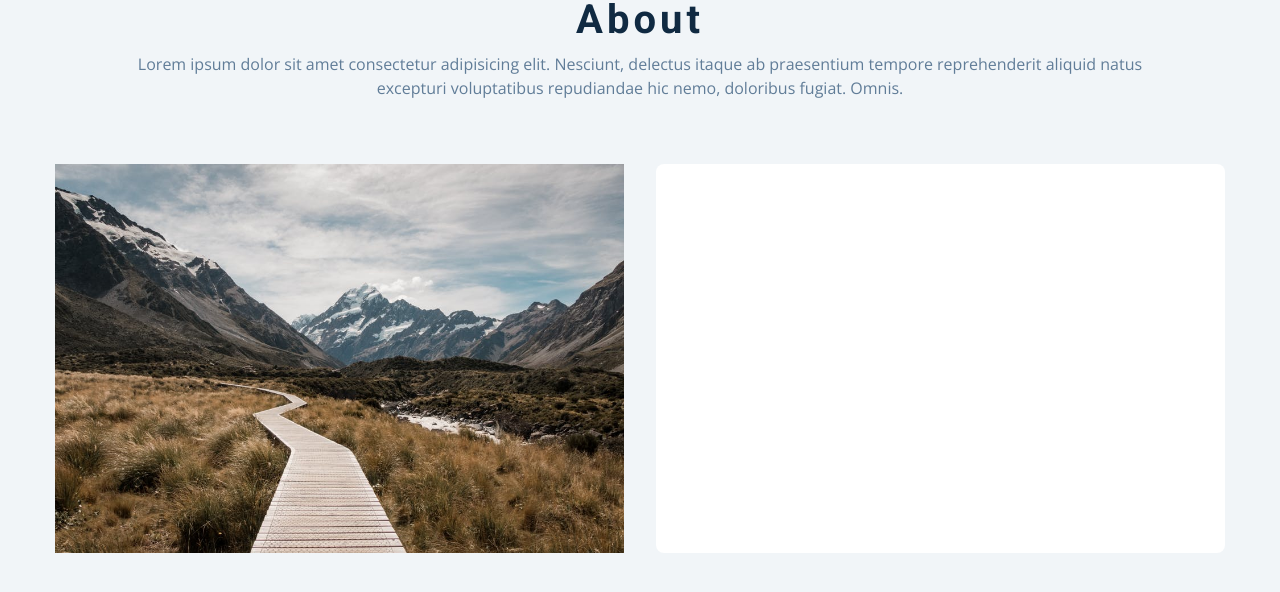
Repository: Kamrangujjar85112/Javascript-Vanilla-Projects
Page: setup/11-tabs/setup/index.html
These files come from the project's save history. The page is drawn as it stood at one moment and after the next save; the edit follows.
The browser window is 1280 px wide. The pictures show the whole page.

Above is the page before, as saved 2022-02-03 13:26:59.

### setup/11-tabs/setup/index.html
<!DOCTYPE html>
<html lang="en">
  <head>
    <meta charset="UTF-8" />
    <meta name="viewport" content="width=device-width, initial-scale=1.0" />
    <title>Tabs</title>

    <!-- styles -->
    <link rel="stylesheet" href="styles.css" />
  </head>
  <body>
    <section>
      <div class="title">
        <h2>about</h2>
        <p>Lorem ipsum dolor sit amet consectetur adipisicing elit. Nesciunt, delectus itaque ab praesentium tempore reprehenderit aliquid natus excepturi voluptatibus repudiandae hic nemo, doloribus fugiat. Omnis.</p>
      </div>
      <div class="about-center section-center">
        <article>
          <img src="./hero-bcg.jpeg" alt="about picture">
        </article>
      <article class="about">

      </article>
      </div>
    </section>
    <!-- javascript -->
    <script src="app.js"></script>
  </body>
</html>

### setup/11-tabs/setup/styles.css
/*
===============
Fonts
===============
*/
@import url("https://fonts.googleapis.com/css?family=Open+Sans|Roboto:400,700&display=swap");

/*
===============
Variables
===============
*/

:root {
  /* dark shades of primary color*/
  --clr-primary-1: hsl(205, 86%, 17%);
  --clr-primary-2: hsl(205, 77%, 27%);
  --clr-primary-3: hsl(205, 72%, 37%);
  --clr-primary-4: hsl(205, 63%, 48%);
  /* primary/main color */
  --clr-primary-5: #49a6e9;
  /* lighter shades of primary color */
  --clr-primary-6: hsl(205, 89%, 70%);
  --clr-primary-7: hsl(205, 90%, 76%);
  --clr-primary-8: hsl(205, 86%, 81%);
  --clr-primary-9: hsl(205, 90%, 88%);
  --clr-primary-10: hsl(205, 100%, 96%);
  /* darkest grey - used for headings */
  --clr-grey-1: hsl(209, 61%, 16%);
  --clr-grey-2: hsl(211, 39%, 23%);
  --clr-grey-3: hsl(209, 34%, 30%);
  --clr-grey-4: hsl(209, 28%, 39%);
  /* grey used for paragraphs */
  --clr-grey-5: hsl(210, 22%, 49%);
  --clr-grey-6: hsl(209, 23%, 60%);
  --clr-grey-7: hsl(211, 27%, 70%);
  --clr-grey-8: hsl(210, 31%, 80%);
  --clr-grey-9: hsl(212, 33%, 89%);
  --clr-grey-10: hsl(210, 36%, 96%);
  --clr-white: #fff;
  --clr-red-dark: hsl(360, 67%, 44%);
  --clr-red-light: hsl(360, 71%, 66%);
  --clr-green-dark: hsl(125, 67%, 44%);
  --clr-green-light: hsl(125, 71%, 66%);
  --clr-black: #222;
  --ff-primary: "Roboto", sans-serif;
  --ff-secondary: "Open Sans", sans-serif;
  --transition: all 0.3s linear;
  --spacing: 0.25rem;
  --radius: 0.5rem;
  --light-shadow: 0 5px 15px rgba(0, 0, 0, 0.1);
  --dark-shadow: 0 5px 15px rgba(0, 0, 0, 0.2);
  --max-width: 1170px;
  --fixed-width: 620px;
}
/*
===============
Global Styles
===============
*/

*,
::after,
::before {
  margin: 0;
  padding: 0;
  box-sizing: border-box;
}
body {
  font-family: var(--ff-secondary);
  background: var(--clr-grey-10);
  color: var(--clr-grey-1);
  line-height: 1.5;
  font-size: 0.875rem;
}
ul {
  list-style-type: none;
}
a {
  text-decoration: none;
}
img:not(.logo) {
  width: 100%;
}
img {
  display: block;
}

h1,
h2,
h3,
h4 {
  letter-spacing: var(--spacing);
  text-transform: capitalize;
  line-height: 1.25;
  margin-bottom: 0.75rem;
  font-family: var(--ff-primary);
}
h1 {
  font-size: 3rem;
}
h2 {
  font-size: 2rem;
}
h3 {
  font-size: 1.25rem;
}
h4 {
  font-size: 0.875rem;
}
p {
  margin-bottom: 1.25rem;
  color: var(--clr-grey-5);
}
@media screen and (min-width: 800px) {
  h1 {
    font-size: 4rem;
  }
  h2 {
    font-size: 2.5rem;
  }
  h3 {
    font-size: 1.75rem;
  }
  h4 {
    font-size: 1rem;
  }
  body {
    font-size: 1rem;
  }
  h1,
  h2,
  h3,
  h4 {
    line-height: 1;
  }
}
/*  global classes */

.btn {
  text-transform: uppercase;
  background: transparent;
  color: var(--clr-black);
  padding: 0.375rem 0.75rem;
  letter-spacing: var(--spacing);
  display: inline-block;
  transition: var(--transition);
  font-size: 0.875rem;
  border: 2px solid var(--clr-black);
  cursor: pointer;
  box-shadow: 0 1px 3px rgba(0, 0, 0, 0.2);
  border-radius: var(--radius);
}
.btn:hover {
  color: var(--clr-white);
  background: var(--clr-black);
}
/* section */
.section {
  padding: 5rem 0;
}

.section-center {
  width: 90vw;
  margin: 0 auto;
  max-width: 1170px;
}
@media screen and (min-width: 992px) {
  .section-center {
    width: 95vw;
  }
}
main {
  min-height: 100vh;
  display: grid;
  place-items: center;
}
/*
===============
About
===============
*/
.title {
  text-align: center;
  margin-bottom: 4rem;
}
.title p {
  width: 80%;
  margin: 0 auto;
}

.about-img {
  margin-bottom: 2rem;
}
.about-img img {
  border-radius: var(--radius);
  object-fit: cover;
  height: 20rem;
}
@media screen and (min-width: 992px) {
  .about-img {
    margin-bottom: 0;
  }

  .about-center {
    display: grid;
    grid-template-columns: 1fr 1fr;
    column-gap: 2rem;
  }
}
.about {
  background: var(--clr-white);
  border-radius: var(--radius);
  display: grid;
  grid-template-rows: auto 1fr;
}
.btn-container {
  border-top-left-radius: var(--radius);
  border-top-right-radius: var(--radius);
  display: grid;
  grid-template-columns: 1fr 1fr 1fr;
}
.tab-btn:nth-child(1) {
  border-top-left-radius: var(--radius);
}
.tab-btn:nth-child(3) {
  border-top-right-radius: var(--radius);
}
.tab-btn {
  padding: 1rem 0;
  border: none;
  text-transform: capitalize;
  font-size: 1rem;
  display: block;
  background: var(--clr-grey-9);
  cursor: pointer;
  transition: var(--transition);
  letter-spacing: var(--spacing);
}
.tab-btn:hover:not(.active) {
  background: var(--clr-primary-10);
  color: var(--clr-primary-5);
}
.about-content {
  border-bottom-left-radius: var(--radius);
  border-bottom-right-radius: var(--radius);
  padding: 2rem 1.5rem;
}
/* hide content */
.content {
  display: none;
}
.tab-btn.active {
  background: var(--clr-white);
}
.content.active {
  display: block;
}

Loaded but not shown: setup/11-tabs/setup/app.js (no copy from this time; the picture is the same without it)

After the next save:
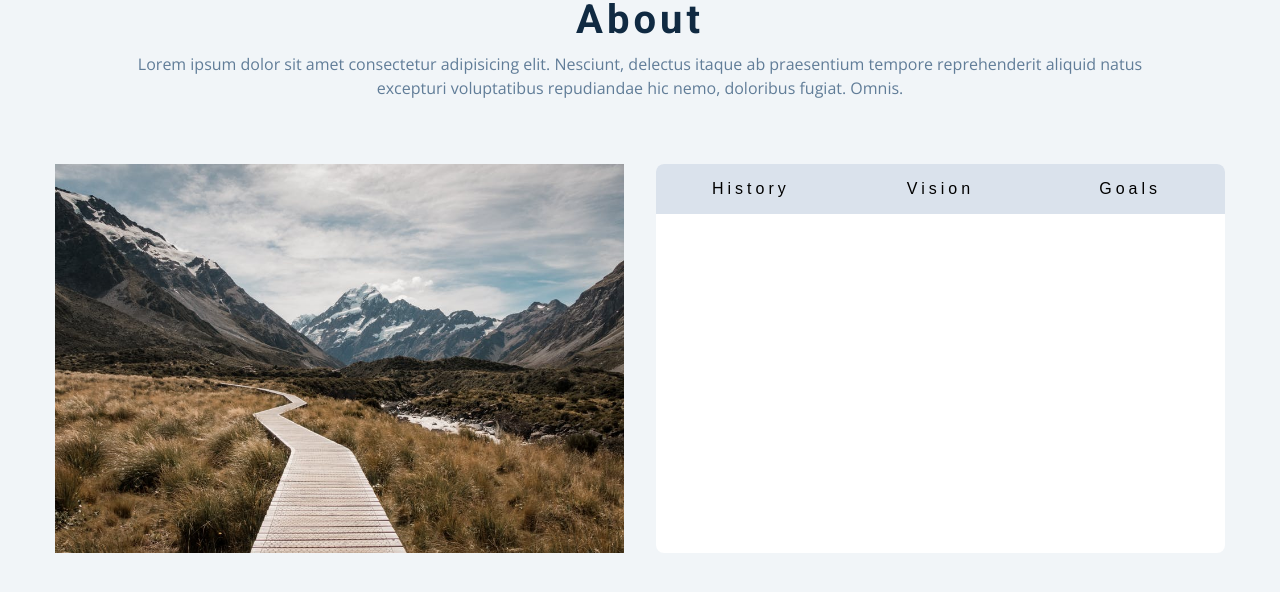
Saved 115 s later.
--- a/setup/11-tabs/setup/index.html
+++ b/setup/11-tabs/setup/index.html
@@ -16,10 +16,16 @@
       </div>
       <div class="about-center section-center">
         <article>
+
           <img src="./hero-bcg.jpeg" alt="about picture">
         </article>
       <article class="about">
-
+        <!-- btn container -->
+        <div class="btn-container">
+          <button class="tab-btn" data-id="history">history</button>
+          <button class="tab-btn" data-id="vision">vision</button>
+          <button class="tab-btn" data-id="goals">goals</button>
+        </div>
       </article>
       </div>
     </section>
